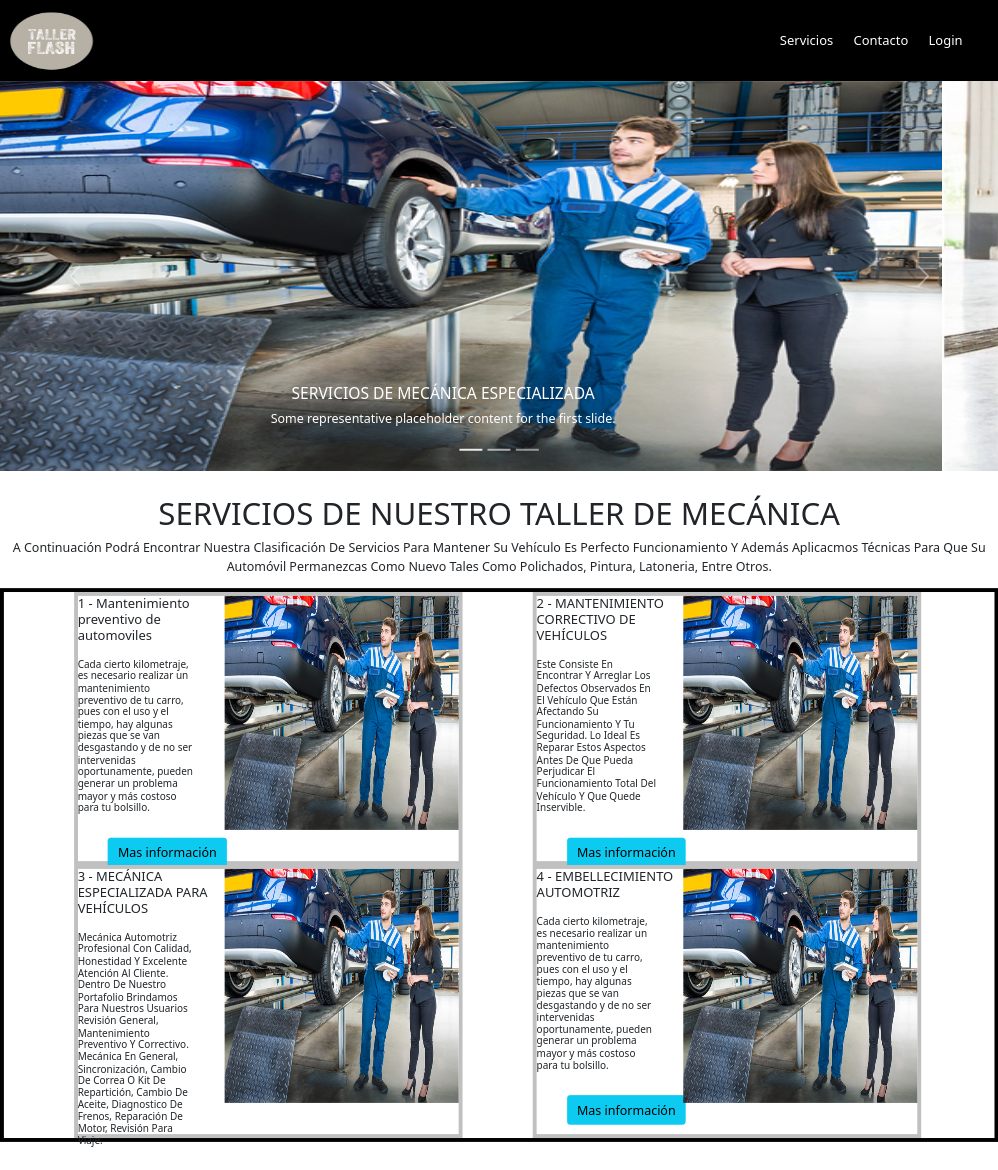
Repository: nder1996/Boostrap.Taller.Arquitectura
Page: Index.html
These files come from the project's save history. The page is drawn as it stood at one moment and after a run of saves; the edit follows.
The browser window is 1280 px wide. The pictures show the whole page, at 78% of full size.

Above is the page before, as saved 2021-07-23 07:05:05.

### Index.html
<!DOCTYPE html>
<html lang="en">

<head>
	<meta charset="UTF-8">
	<meta name="viewport" content="width=device-width, initial-scale=1.0">
	<link rel="shortcut icon" href="img/Logo.png">
	<link href="https://cdn.jsdelivr.net/npm/bootstrap@5.0.2/dist/css/bootstrap.min.css" rel="stylesheet"
		integrity="sha384-EVSTQN3/azprG1Anm3QDgpJLIm9Nao0Yz1ztcQTwFspd3yD65VohhpuuCOmLASjC" crossorigin="anonymous">
	<link rel="stylesheet" href="https://cdnjs.cloudflare.com/ajax/libs/font-awesome/5.15.3/css/all.min.css"
		integrity="sha512-iBBXm8fW90+nuLcSKlbmrPcLa0OT92xO1BIsZ+ywDWZCvqsWgccV3gFoRBv0z+8dLJgyAHIhR35VZc2oM/gI1w=="
		crossorigin="anonymous" referrerpolicy="no-referrer" />
	<link rel="stylesheet" href="css/style.css">
	<title>Taller Automotriz</title>
</head>

<body>
	<div class="Pagina_Principal">
		<nav class="navbar navbar-expand-lg navbar-light">
			<div class="container-fluid">
				<a class="navbar-brand" href="#"><img src="img/Logo.png" alt="" style='width: 110px; height: 78px;'></a>
				<button class="navbar-toggler" type="button" data-bs-toggle="collapse" data-bs-target="#navbarNav"
					aria-controls="navbarNav" aria-expanded="false" aria-label="Toggle navigation">
					<span class="navbar-toggler-icon"></span>
				</button>
				<div class="collapse navbar-collapse" id="navbarNav">
					<ul class="navbar-nav ms-auto">
						<li class="nav-item">
							<a class="nav-link active" aria-current="page" href="#">Servicios</a>
						</li>
						<li class="nav-item">
							<a class="nav-link" href="#">Contacto</a>
						</li>
						<li class="nav-item">
							<a class="nav-link" href="#">Login</a>
						</li>
					</ul>
				</div>
			</div>
		</nav>
		<div id="carouselExampleCaptions" class="carousel slide" data-bs-ride="carousel">
			<div class="carousel-indicators">
				<button type="button" data-bs-target="#carouselExampleCaptions" data-bs-slide-to="0" class="active"
					aria-current="true" aria-label="Slide 1"></button>
				<button type="button" data-bs-target="#carouselExampleCaptions" data-bs-slide-to="1"
					aria-label="Slide 2"></button>
				<button type="button" data-bs-target="#carouselExampleCaptions" data-bs-slide-to="2"
					aria-label="Slide 3"></button>
			</div>
			<div class="carousel-inner">
				<div class="carousel-item active">
					<img src="img/Mantenimiento_1.jpg" class="d-block w-100" alt="...">
					<div class="carousel-caption d-none d-md-block">
						<h5>SERVICIOS DE MECÁNICA
							ESPECIALIZADA</h5>
						<p>Some representative placeholder content for the first slide.</p>
					</div>
				</div>
				<div class="carousel-item">
					<img src="img/Mantenimiento_3.png" class="d-block w-100" alt="...">
					<div class="carousel-caption d-none d-md-block">
						<h5>SERVICIOS DE MECÁNICA
							ESPECIALIZADA</h5>
						<p>Some representative placeholder content for the second slide.</p>
					</div>
				</div>
				<div class="carousel-item">
					<img src="img/Mantenimiento_2.png" class="d-block w-100" alt="...">
					<div class="carousel-caption d-none d-md-block">
						<h5>Third slide label</h5>
						<p>Some representative placeholder content for the third slide.</p>
					</div>
				</div>
			</div>
			<button class="carousel-control-prev" type="button" data-bs-target="#carouselExampleCaptions"
				data-bs-slide="prev">
				<span class="carousel-control-prev-icon" aria-hidden="true"></span>
				<span class="visually-hidden">Previous</span>
			</button>
			<button class="carousel-control-next" type="button" data-bs-target="#carouselExampleCaptions"
				data-bs-slide="next">
				<span class="carousel-control-next-icon" aria-hidden="true"></span>
				<span class="visually-hidden">Next</span>
			</button>
		</div>
		<div class="Letra_Servicios container-xxl">
			<h1>SERVICIOS DE NUESTRO TALLER DE MECÁNICA</h1>
			<p>
				A Continuación Podrá Encontrar Nuestra Clasificación De Servicios Para Mantener Su Vehículo Es Perfecto
				Funcionamiento Y Además Aplicacmos Técnicas Para Que Su Automóvil Permanezcas Como Nuevo Tales Como
				Polichados, Pintura, Latoneria, Entre Otros.

			</p>
		</div>

		<div class="Servicios container-fluid">

			<div class="Servicio" id="Servicio_1">
				<br> <br>
				<h1>1 - Mantenimiento preventivo de automoviles <br> <br>
					<p>
						Cada cierto kilometraje, es necesario realizar un mantenimiento preventivo de tu carro, pues con
						el uso
						y el tiempo, hay algunas piezas que se van desgastando y de no ser intervenidas oportunamente,
						pueden
						generar un problema mayor y más costoso para tu bolsillo.
						<br> <br> <br>
						<button type="button" class="btn btn-info">Mas información</button>
					</p>
				</h1>
				<br>
				<img src="img/Mantenimiento_1.jpg" alt="" width="300px" height="300px">
			</div>

			<div class="Servicio" id="Servicio_1">
				<br> <br>
				<h1>2 - MANTENIMIENTO CORRECTIVO DE VEHÍCULOS<br> <br>
					<p>
						Este Consiste En Encontrar Y Arreglar Los Defectos Observados En El Vehículo Que Están Afectando
						Su Funcionamiento Y Tu Seguridad. Lo Ideal Es Reparar Estos Aspectos Antes De Que Pueda
						Perjudicar El Funcionamiento Total Del Vehículo Y Que Quede Inservible.
						<br> <br> <br>
						<button type="button" class="btn btn-info">Mas información</button>
					</p>
				</h1>
				<br>
				<img src="img/Mantenimiento_1.jpg" alt="" width="300px" height="300px">
			</div>

			<div class="Servicio" id="Servicio_1">
				<br> <br>
				<h1>3 - MECÁNICA ESPECIALIZADA PARA VEHÍCULOS<br> <br>
					<p>
						Mecánica Automotriz Profesional Con Calidad, Honestidad Y Excelente Atención Al Cliente. Dentro
						De Nuestro Portafolio Brindamos Para Nuestros Usuarios Revisión General, Mantenimiento
						Preventivo Y Correctivo. Mecánica En General, Sincronización, Cambio De Correa O Kit De
						Repartición, Cambio De Aceite, Diagnostico De Frenos, Reparación De Motor, Revisión Para Viaje.
						<br> <br> <br>
						<button type="button" class="btn btn-info">Mas información</button>
					</p>
				</h1>
				<br>
				<img src="img/Mantenimiento_1.jpg" alt="" width="300px" height="300px">
			</div>
			<div class="Servicio" id="Servicio_1">
				<br> <br>
				<h1>4 - EMBELLECIMIENTO AUTOMOTRIZ<br> <br>
					<p>
						Cada cierto kilometraje, es necesario realizar un mantenimiento preventivo de tu carro, pues con
						el uso
						y el tiempo, hay algunas piezas que se van desgastando y de no ser intervenidas oportunamente,
						pueden
						generar un problema mayor y más costoso para tu bolsillo.
						<br> <br> <br>
						<button type="button" class="btn btn-info">Mas información</button>
					</p>
				</h1>
				<br>
				<img src="img/Mantenimiento_1.jpg" alt="" width="300px" height="300px">
			</div>
		</div>


	</div>

	<!--
		<div><img src="img/Mantenimiento_2.png" alt="" width="300px" height="300px"></div>
		<div><img src="img/Mantenimiento_3.png" alt="" width="300px" height="300px"></div>
		<div><img src="img/Mantenimiento_4.png" alt="" width="300px" height="300px"></div>
		-->











	<script src="https://cdn.jsdelivr.net/npm/bootstrap@5.0.2/dist/js/bootstrap.bundle.min.js"
		integrity="sha384-MrcW6ZMFYlzcLA8Nl+NtUVF0sA7MsXsP1UyJoMp4YLEuNSfAP+JcXn/tWtIaxVXM" crossorigin="anonymous">
	</script>
	<script src="https://cdnjs.cloudflare.com/ajax/libs/jquery/3.6.0/jquery.min.js"
		integrity="sha512-894YE6QWD5I59HgZOGReFYm4dnWc1Qt5NtvYSaNcOP+u1T9qYdvdihz0PPSiiqn/+/3e7Jo4EaG7TubfWGUrMQ=="
		crossorigin="anonymous" referrerpolicy="no-referrer"></script>
</body>

</html>

### css/style.css

.Pagina_Principal{
    position: relative;
    overflow: hidden;
    height: 1500px;
}


nav{
    background-color: black !important;
}

nav li{
    position:relative;
    margin-left: 10px;
    left:-10%;
}

nav li a{
    color:white !important;
    font-size: 1.3vw;
}

.carousel-inner{
    position:relative;
    width: 100%;
    height: 500px;
}

.carousel-item img{
    position:relative;
    width: 100%;
    height: 500px;
}

.Letra_Servicios{
    position: relative;
    text-align: center;
    margin-top: 30px;
}

.Servicios{
    border:5px solid black;
    width: 100%;
    display: flex;
    flex-direction: row;
    flex-wrap: wrap;
}

.Servicios .Servicio{
    position:relative;
    border:5px solid silver;
    width:40%;
    display: flex;
    height: 350px;
    margin-left: 90px;
    left:-1%;

}

.Servicios .Servicio button{
    position: relative;
    left:25%
}

.Servicios .Servicio img{
    position:relative;
    margin-left:10px;
}

.Servicios div h1{
    position:relative;
    text-align: left;
    font-size: 1.3vw;
    width: 60%;

}

.Servicios div p{
    position:relative;
    text-align: left;
    font-size: 1vw;
    width: 87%;
}

After the next 2 saves:
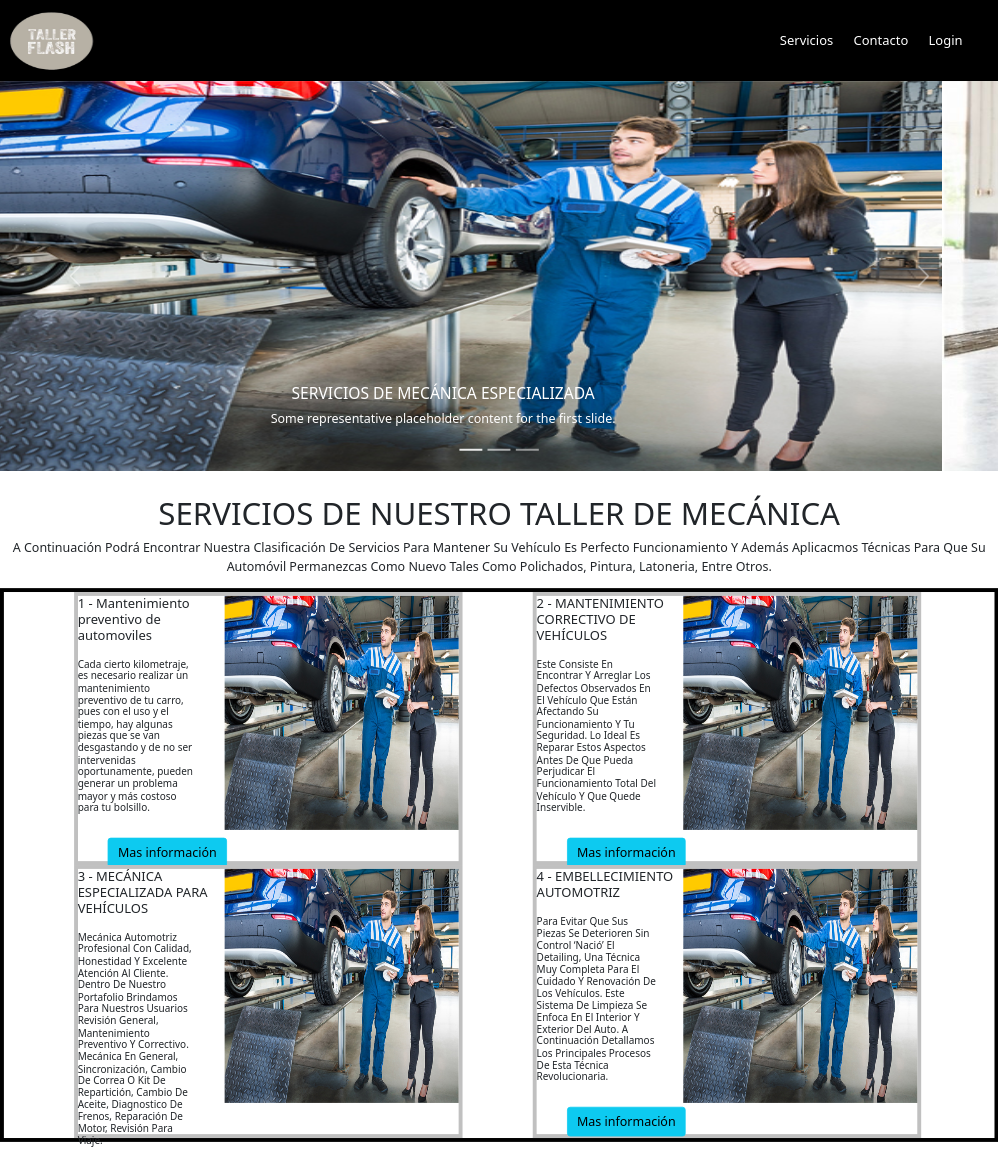
The 2 saves are shown as one change because they came seconds apart.
The last was saved 14 s later.
--- a/Index.html
+++ b/Index.html
@@ -146,11 +146,10 @@
 				<br> <br>
 				<h1>4 - EMBELLECIMIENTO AUTOMOTRIZ<br> <br>
 					<p>
-						Cada cierto kilometraje, es necesario realizar un mantenimiento preventivo de tu carro, pues con
-						el uso
-						y el tiempo, hay algunas piezas que se van desgastando y de no ser intervenidas oportunamente,
-						pueden
-						generar un problema mayor y más costoso para tu bolsillo.
+						Para Evitar Que Sus Piezas Se Deterioren Sin Control ‘Nació’ El Detailing, Una Técnica Muy
+						Completa Para El Cuidado Y Renovación De Los Vehículos. Este Sistema De Limpieza Se Enfoca En El
+						Interior Y Exterior Del Auto. A Continuación Detallamos Los Principales Procesos De Esta Técnica
+						Revolucionaria.
 						<br> <br> <br>
 						<button type="button" class="btn btn-info">Mas información</button>
 					</p>
